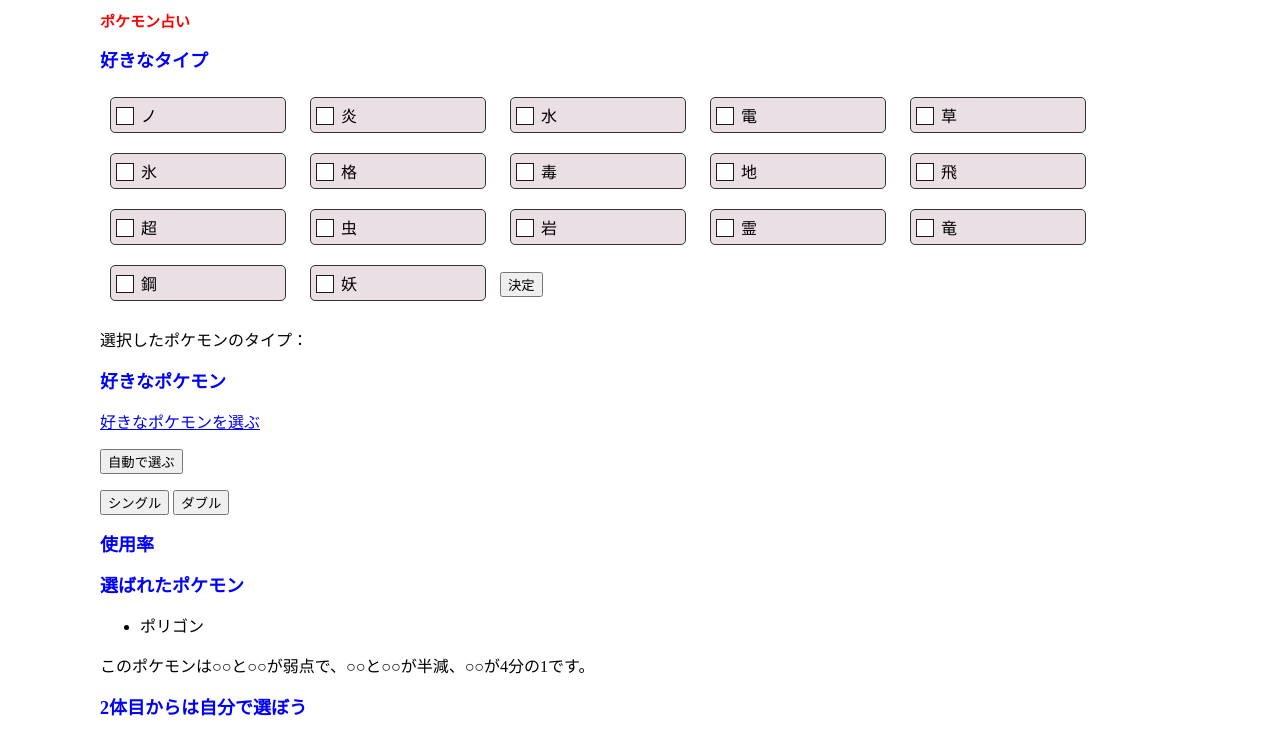
Repository: KustomApe/ksie
Page: index.html
The author's editor kept a copy of each file at every save. The page is drawn from the files as they stood at one save, then again after the next save.
The browser window is 1280 px wide. The pictures show the whole page.

Above is the page before, as saved 2021-01-22 17:13:29.

### index.html
<!DOCTYPE html>
<html lang="ja">
<head>
    <meta charset="UTF-8">
    <meta name="viewport" content="width=device-width, initial-scale=1.0">
    <title>ポケモン占い</title>
    <link rel="stylesheet" type="text/css" href="./assets/css/style.css">
    <script type="text/javascript" src="./assets/js/uranai.js"></script>
</head>
<body>
    <div id="wrap">
    <h1>ポケモン占い</h1>
    <h2>好きなタイプ</h2>
    <form id="type_form" action="#" name="type_form">
        <input type="checkbox" id="01-A" name="types" value="ノ">
        <label for="01-A" class="types">ノ</label>
        <input type="checkbox" id="02-A" name="types" value="炎">
        <label for="02-A" class="types">炎</label>
        <input type="checkbox" id="03-A" name="types" value="水">
        <label for="03-A" class="types">水</label>
        <input type="checkbox" id="04-A" name="types" value="電">
        <label for="04-A" class="types">電</label>
        <input type="checkbox" id="05-A" name="types" value="草">
        <label for="05-A" class="types">草</label>
        <input type="checkbox" id="06-A" name="types" value="氷">
        <label for="06-A" class="types">氷</label>
        <input type="checkbox" id="07-A" name="types" value="格">
        <label for="07-A" class="types">格</label>
        <input type="checkbox" id="08-A" name="types" value="毒">
        <label for="08-A" class="types">毒</label>
        <input type="checkbox" id="09-A" name="types" value="地">
        <label for="09-A" class="types">地</label>
        <input type="checkbox" id="10-A" name="types" value="飛">
        <label for="10-A" class="types">飛</label>
        <input type="checkbox" id="11-A" name="types" value="超">
        <label for="11-A" class="types">超</label>
        <input type="checkbox" id="12-A" name="types" value="虫">
        <label for="12-A" class="types">虫</label>
        <input type="checkbox" id="13-A" name="types" value="岩">
        <label for="13-A" class="types">岩</label>
        <input type="checkbox" id="14-A" name="types" value="霊">
        <label for="14-A" class="types">霊</label>
        <input type="checkbox" id="15-A" name="types" value="竜">
        <label for="15-A" class="types">竜</label>
        <input type="checkbox" id="16-A" name="types" value="鋼">
        <label for="16-A" class="types">鋼</label>
        <input type="checkbox" id="17-A" name="types" value="妖">
        <label for="17-A" class="types">妖</label>
        <input type="button" onclick="taipu()" value="決定">
    </form>
    <p>選択したポケモンのタイプ：<span id="display_types"></span></p>
    <h2>好きなポケモン</h2>
    <p><a href="./select_pokemon.html">好きなポケモンを選ぶ</a></p>
    <form><input type="button" value="自動で選ぶ" onClick="uranai()"></form>
    <p id='pokemon_elect'></p>
    <button>シングル</button>
    <button>ダブル</button>
    <h2>使用率</h2>
    <h2>選ばれたポケモン</h2>
    <ul>
        <li>ポリゴン</li>
    </ul>
    <p>このポケモンは○○と○○が弱点で、○○と○○が半減、○○が4分の1です。</p>
    <h2>2体目からは自分で選ぼう</h2>
</div>
</body>
</html>

### assets/css/style.css
@charset "utf-8";

body {
    display: block;
    margin: 0 auto;
    width: 1080px;
}

div#wrap {
    display: block;
    margin: 0 auto;
    width: 1080px;
}

h1 {
    color: red;
    font-size: 15px;
}

h2 {
    color: blue;
    font-size: large;
}

ul.taipu {
    margin: 100px;
}

/* ul.taipu li {
    margin: 10px;
    list-style: none;
    float: left;
    width: 105px;
    border: solid 1px #333333;
    border-radius: 5px;
    padding: 5px;
    /* background-color: #e9dfe5; */

label {
    display: block;
}

/* チェックボックス01 */
input[type=checkbox] {
    display: none;
}
.types {
    margin: 10px;
    list-style: none;
    width: 105px;
    border: solid 1px #333333;
    border-radius: 5px;
    padding: 5px;
    background-color: #e9dfe5;
    box-sizing: border-box;
    cursor: pointer;
    display: inline-block;
    padding: 5px 30px;
    position: relative;
    width: 11rem;
}
.types::before {
    background: #fff;
    border: 1px solid #231815;
    content: '';
    display: block;
    height: 16px;
    left: 5px;
    margin-top: -8px;
    position: absolute;
    top: 50%;
    width: 16px;
}
.types::after {
    border-right: 3px solid red;
    border-bottom: 3px solid red;
    content: '';
    display: block;
    height: 9px;
    left: 10px;
    margin-top: -7px;
    opacity: 0;
    position: absolute;
    top: 50%;
    transform: rotate(45deg);
    width: 5px;
}
input[type=checkbox]:checked + .types::after {
    opacity: 1;
}

.clearfix::after {
    content: "";
    display: block;
    clear: both;
}

### assets/js/uranai.js
function docReady(fn) {
    // see if DOM is already available
    if (document.readyState === "complete" || document.readyState === "interactive") {
        // call on next available tick
        setTimeout(fn, 1);
    } else {
        document.addEventListener("DOMContentLoaded", fn);
    }
}

docReady(function checked() {
    var status = document.getElementsByClassName("types");
    console.log(status)
    if (status.checked == true) {
        console.log('checked');
    }
    else if (status.checked == false) {
        console.log('unchecked')
    }
});

function uranai() {
    rand = Math.floor(Math.random()*100);
    console.log(rand)
    elect = 'サンダー'
    if (rand > 9) elect = "ランドロス"; //10～29（20%）
    if (rand > 29) elect = "カプ・レヒレ"; //30～49（20%）
    if (rand > 49) elect = "ボルトロス"; //50～69(20%)
	if (rand > 69) elect = "ミミッキュ"; //70～89（20%）
	if (rand > 89) elect = "エースバーン"; //90～99（10%）
    console.log(elect);
    para = document.getElementById('pokemon_elect');
    para.innerHTML = elect;
};

function taipu() {
    const arrType = [];
    const types = document.type_form.types;

    for (let i = 0; i < types.length; i++) {
        if(types[i].checked) {
            arrType.push(" " + types[i].value);
        }
    }
    console.log(arrType)
    document.getElementById("display_types").textContent = arrType;
    // タイプのデータを取ってくる
    // タイプの中身をコンソールログに出す
    // 占うボタンをクリック
    // 該当するポケモンが4体以上150位以内の中にいた場合は占う
    // 3体以下なら警告を出す
    // console.log("ポケモンゲットだぜ！")
};


function pokemonLists() {
    let pokemons = {
        1: "サンダー",
        2: "エースバーン",
        3: "ミミッキュ",
        4: "カプ・レヒレ",
        5: "ランドロス",
        6: "ポリゴン２",
        7: "ウーラオス",
        8: "ドラパルト",
        9: "カバルドン",
        10: "ゴリランダー",
        11: "ウーラオス",
        12: "カイリュー",
        13: "ウツロイド",
        14: "ナットレイ",
        15: "テッカグヤ",
        16: "ウオノラゴン",
        17: "バンギラス",
        18: "ドリュウズ",
        19: "カミツルギ",
        20: "ブリザポス",
        21: "ドヒドイデ",
        22: "ラグラージ",
        23: "ラプラス",
        24: "レジエレキ",
        25: "ガブリアス",
        26: "ヒードラン",
        27: "フェローチェ",
        28: "アーゴヨン",
        29: "クレセリア",
        30: "ボルトロス",
        31: "ファイヤー",
        32: "バシャーモ",
        33: "パッチラゴン",
        34: "ドサイドン",
        35: "ボーマンダ",
        36: "オーロンゲ",
        37: "ロトム",
        38: "ジバコイル",
        39: "メタグロス",
        40: "ギャラドス",
        41: "ヤドキング",
        42: "カプ・コケコ",
        43: "キュウコン",
        44: "ヒヒダルマ",
        45: "マンムー",
        46: "カプ・テテフ",
        47: "ロトム",
        48: "ウインディ",
        49: "ピクシー",
        50: "エルフーン",
        51: "エアームド",
        52: "トゲキッス",
        53: "ラッキー",
        54: "スイクン",
        55: "マリルリ",
        56: "カプ・ブルル",
        57: "ラティオス",
        58: "ハッサム",
        59: "カビゴン",
        60: "ライコウ",
        61: "ハピナス",
        62: "リザードン",
        63: "アーマーガア",
        64: "ラティアス",
        65: "ヌオー",
        66: "パルシェン",
        67: "アシレーヌ",
        68: "サニーゴ",
        69: "ボルトロス",
        70: "ギルガルド",
        71: "ニンフィア",
        72: "ブリムオン",
        73: "ガオガエン",
        74: "トリトドン",
        75: "パッチルドン",
        76: "ルカリオ",
        77: "ミロカロス",
        78: "ファイヤー",
        79: "サンダー",
        80: "ガマゲロゲ",
        81: "マッシブーン",
        82: "ゲンガー",
        83: "ヌメルゴン",
        84: "ナマコブシ",
        85: "カメックス",
        86: "マニューラ",
        87: "ガラガラ",
        88: "インテレオン",
        89: "ランクルス",
        90: "レイスポス",
        91: "メタモン",
        92: "エーフィ",
        93: "ユクシー",
        94: "シャンデラ",
        95: "デンジュモク",
        96: "サザンドラ",
        97: "ウルガモス",
        98: "エンテイ",
        99: "ポットデス",
        100: "ルガルガン",
        101: "ツンデツンデ",
        102: "ブラッキー",
        103: "ズガドーン",
        104: "レジロック",
        105: "コータス",
        106: "サーナイト",
        107: "ボスゴドラ",
        108: "レジアイス",
        109: "クレッフィ",
        110: "フシギバナ",
        111: "ランターン",
        112: "グレイシア",
        113: "ゴチルゼル",
        114: "ゾロアーク",
        115: "オノノクス",
        116: "マタドガス",
        117: "ペンドラー",
        118: "マホイップ",
        119: "ユレイドル",
        120: "ニドキング",
        121: "タチフサグマ",
        122: "コオリッポ",
        123: "シャワーズ",
        124: "トルネロス",
        125: "エレキブル",
        126: "フリーザー",
        127: "キングドラ",
        128: "サンダース",
        129: "ホルード",
        130: "バイバニラ",
        131: "クレベース",
        132: "ギガイアス",
        133: "トルネロス",
        134: "ブルンゲル",
        135: "キリキザン",
        136: "ポリゴンＺ",
        137: "ドラピオン",
        138: "ストリンダー",
        139: "シザリガー",
        140: "キュワワー",
        141: "ニャオニクス",
        142: "レジドラゴ",
        143: "アイアント",
        144: "バンバドロ",
        145: "ロトム",
        146: "ヤドラン",
        147: "ジュラルドン",
        148: "ヤドラン",
        149: "ガチゴラス",
        150: "アマルルガ",
    };
    for (let key in pokemons) {
        console.log('ランク：' + key + 'ポケモン：' + pokemons[key]);
    }
};

After the next save:
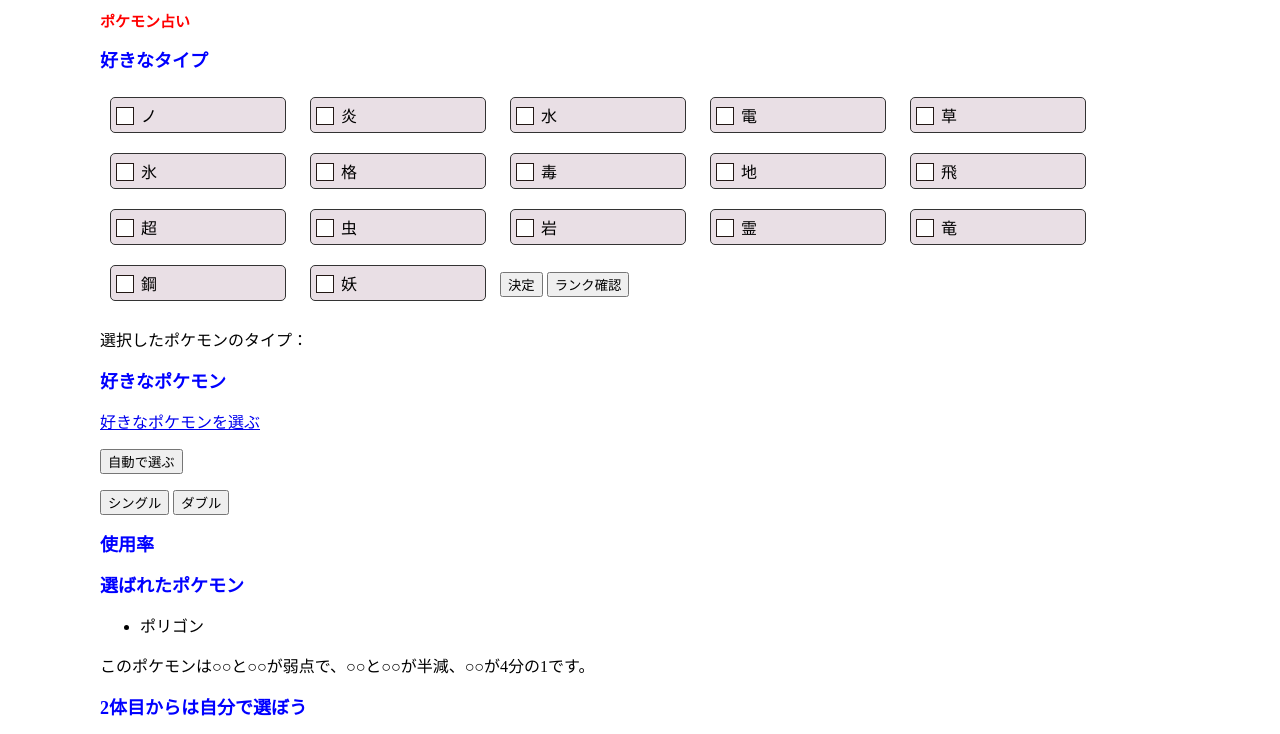
Saved 28 s later.
--- a/index.html
+++ b/index.html
@@ -47,6 +47,7 @@
         <input type="checkbox" id="17-A" name="types" value="妖">
         <label for="17-A" class="types">妖</label>
         <input type="button" onclick="taipu()" value="決定">
+        <input type="button" onclick="pokemonLists()" value="ランク確認">
     </form>
     <p>選択したポケモンのタイプ：<span id="display_types"></span></p>
     <h2>好きなポケモン</h2>
